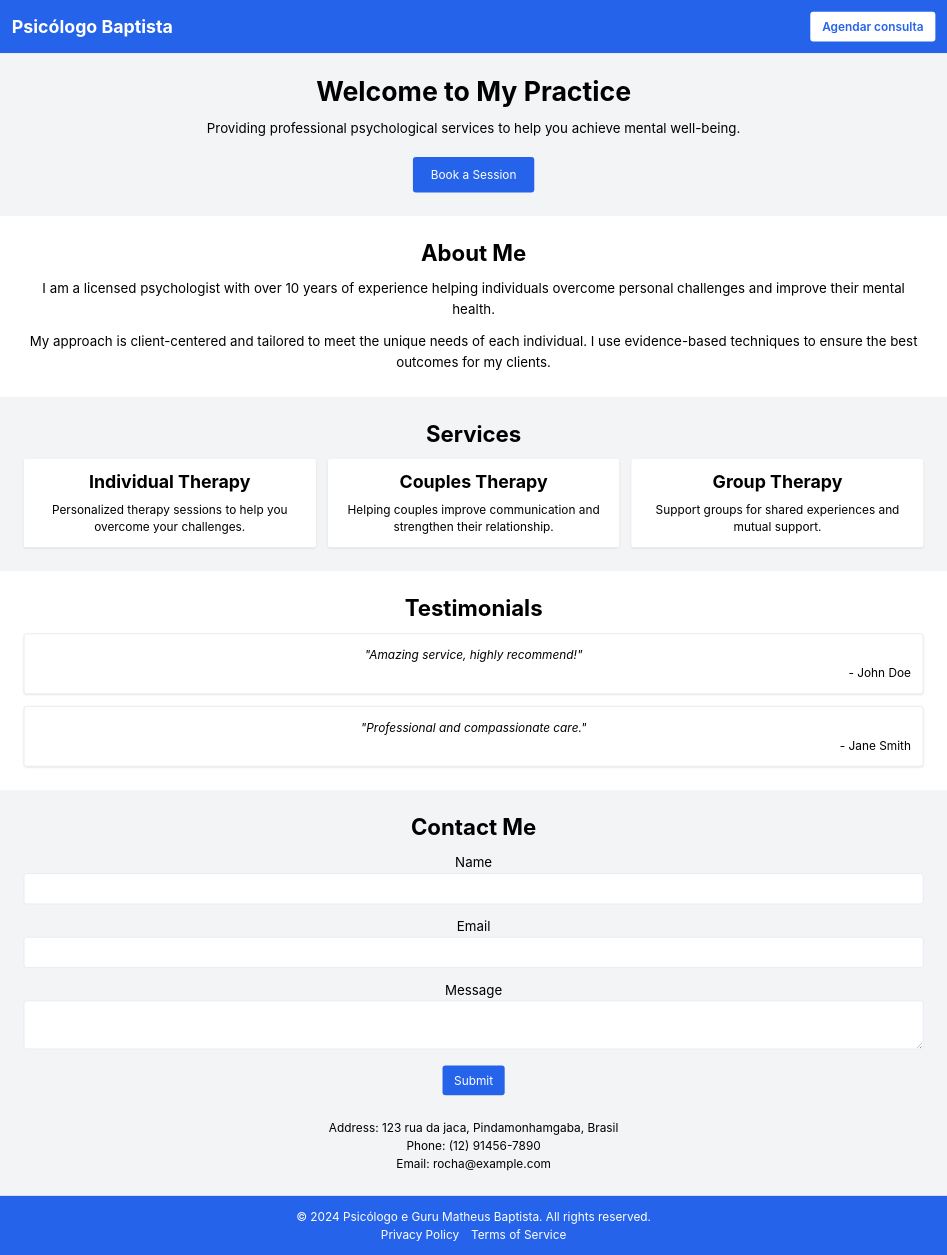
Repository: SrNascimento40/psychologist-portfolio
Page: /
An editor plug-in stored every save of this project. The page is shown before and after the next save, followed by the edit.
The browser window is 1280 px wide. The pictures show the whole page, at 74% of full size.
The project was rebuilt for these pictures with package versions that can differ from the ones it lists, and the page was loaded fresh each time. Also part of the build but not shown: vite.config.ts.

Above is the page before, as saved 2024-07-04 17:30:08.

### index.html
<!doctype html>
<html lang="en">
  <head>
    <meta charset="UTF-8" />
    <link rel="icon" type="image/svg+xml" href="/vite.svg" />
    <meta name="viewport" content="width=device-width, initial-scale=1.0" />
    <title>Psicólogo e Guru Baptista</title>
  </head>
  <body>
    <div id="root"></div>
    <script type="module" src="/src/main.tsx"></script>
  </body>
</html>

### src/App.tsx
import './App.css'
import Header from './Header'
import Hero from './Hero'
import About from './About'
import Services from './Services'
import Testimonials from './Testimonials'
import Contact from './Contact'
import Footer from './Footer'

function App() {

  return (
    <div>
      <Header />
      <main>
          <Hero />
          <About />
          <Services />
          <Testimonials />
          <Contact />
      </main>
      <Footer />
    </div>
  )
}

export default App

### src/index.css
@tailwind base;
@tailwind components;
@tailwind utilities;

:root {
  font-family: Inter, system-ui, Avenir, Helvetica, Arial, sans-serif;

  /* color-scheme: light dark;
  color: rgba(255, 255, 255, 0.87);
  background-color: #242424; */

  /* font-synthesis: none;
  text-rendering: optimizeLegibility;
  -webkit-font-smoothing: antialiased;
  -moz-osx-font-smoothing: grayscale; */
}


/* @media (prefers-color-scheme: light) {
  :root {
    color: #213547;
    background-color: #ffffff;
  }
  a:hover {
    color: #747bff;
  }
  button {
    background-color: #f9f9f9;
  }
} */

### src/App.css
#root {
  margin: 0;
  padding: 0;
  text-align: center;
}

### src/Header.tsx

import './App.css'

export default function Header() {

  return (
    <header className="bg-blue-600 text-white p-4">
      <div className="container mx-auto flex justify-between items-center">
          <div className="text-2xl font-bold">Psicólogo Baptista</div>
          <button className="bg-white font-semibold text-blue-600 px-4 py-2 rounded">Agendar consulta</button>
      </div>
    </header>
  )
}

### src/Hero.tsx
import { useState } from 'react'
import './App.css'

export default function Hero() {
  const [count, setCount] = useState(0)

  return (
    <section id="home" className="bg-gray-100 p-8 text-center">
    <h1 className="text-4xl font-bold mb-4">Welcome to My Practice</h1>
    <p className="text-lg mb-6">Providing professional psychological services to help you achieve mental well-being.</p>
    <button className="bg-blue-600 text-white px-6 py-3 rounded">Book a Session</button>
</section>  )
}

### src/About.tsx
import { useState } from 'react'
import './App.css'

export default function About() {
  const [count, setCount] = useState(0)

  return (
    <section id="about" className="bg-white p-8">
      <h2 className="text-3xl font-bold mb-4">About Me</h2>
      <p className="text-lg mb-4">
          I am a licensed psychologist with over 10 years of experience helping individuals overcome personal challenges and improve their mental health.
      </p>
      <p className="text-lg">
          My approach is client-centered and tailored to meet the unique needs of each individual. I use evidence-based techniques to ensure the best outcomes for my clients.
      </p>
    </section>
  )
}

### src/Services.tsx
import './App.css'

export default function Services() {
  const services = [
    { title: 'Individual Therapy', description: 'Personalized therapy sessions to help you overcome your challenges.' },
    { title: 'Couples Therapy', description: 'Helping couples improve communication and strengthen their relationship.' },
    { title: 'Group Therapy', description: 'Support groups for shared experiences and mutual support.' },
  ];

  return (
    <section id="services" className="bg-gray-100 p-8">
      <h2 className="text-3xl font-bold mb-4">Services</h2>
      <div className="grid grid-cols-1 md:grid-cols-3 gap-4">
          {services.map((service, index) => (
              <div key={index} className="bg-white p-4 rounded shadow">
                  <h3 className="text-2xl font-bold mb-2">{service.title}</h3>
                  <p>{service.description}</p>
              </div>
          ))}
      </div>
    </section>
  )
}

### src/Testimonials.tsx
import './App.css'

export default function Testimonials() {
  const testimonials = [
    { name: 'John Doe', quote: 'Amazing service, highly recommend!' },
    { name: 'Jane Smith', quote: 'Professional and compassionate care.' },
  ];

  return (
    <section id="testimonials" className="bg-white p-8">
        <h2 className="text-3xl font-bold mb-4">Testimonials</h2>
        <div className="space-y-4">
            {testimonials.map((testimonial, index) => (
                <div key={index} className="border p-4 rounded shadow">
                    <p className="italic">"{testimonial.quote}"</p>
                    <p className="text-right">- {testimonial.name}</p>
                </div>
            ))}
        </div>
    </section>
  )
}

### src/Contact.tsx
import './App.css'

export default function Contact() {
  return (
    <section id="contact" className="bg-gray-100 p-8">
      <h2 className="text-3xl font-bold mb-4">Contact Me</h2>
      <form className="space-y-4">
          <div>
              <label className="block text-lg">Name</label>
              <input type="text" className="w-full p-2 border rounded" />
          </div>
          <div>
              <label className="block text-lg">Email</label>
              <input type="email" className="w-full p-2 border rounded" />
          </div>
          <div>
              <label className="block text-lg">Message</label>
              <textarea className="w-full p-2 border rounded"></textarea>
          </div>
          <button type="submit" className="bg-blue-600 text-white px-4 py-2 rounded">Submit</button>
      </form>
      <div className="mt-8">
          <p>Address: 123 rua da jaca, Pindamonhamgaba, Brasil</p>
          <p>Phone: (12) 91456-7890</p>
          <p>Email: rocha@example.com</p>
      </div>
    </section>
  )
}

### src/Footer.tsx
import './App.css'

export default function Footer() {

  return (
    <footer className="bg-blue-600 text-white p-4 text-center">
        <p>&copy; 2024 Psicólogo e Guru Matheus Baptista. All rights reserved.</p>
        <div className="flex justify-center space-x-4">
            <a href="#privacy" className="hover:underline">Privacy Policy</a>
            <a href="#terms" className="hover:underline">Terms of Service</a>
        </div>
    </footer>
  )
}

Loaded but not shown: src/main.tsx (common file); tailwind.config.js (common file)

After the next save:
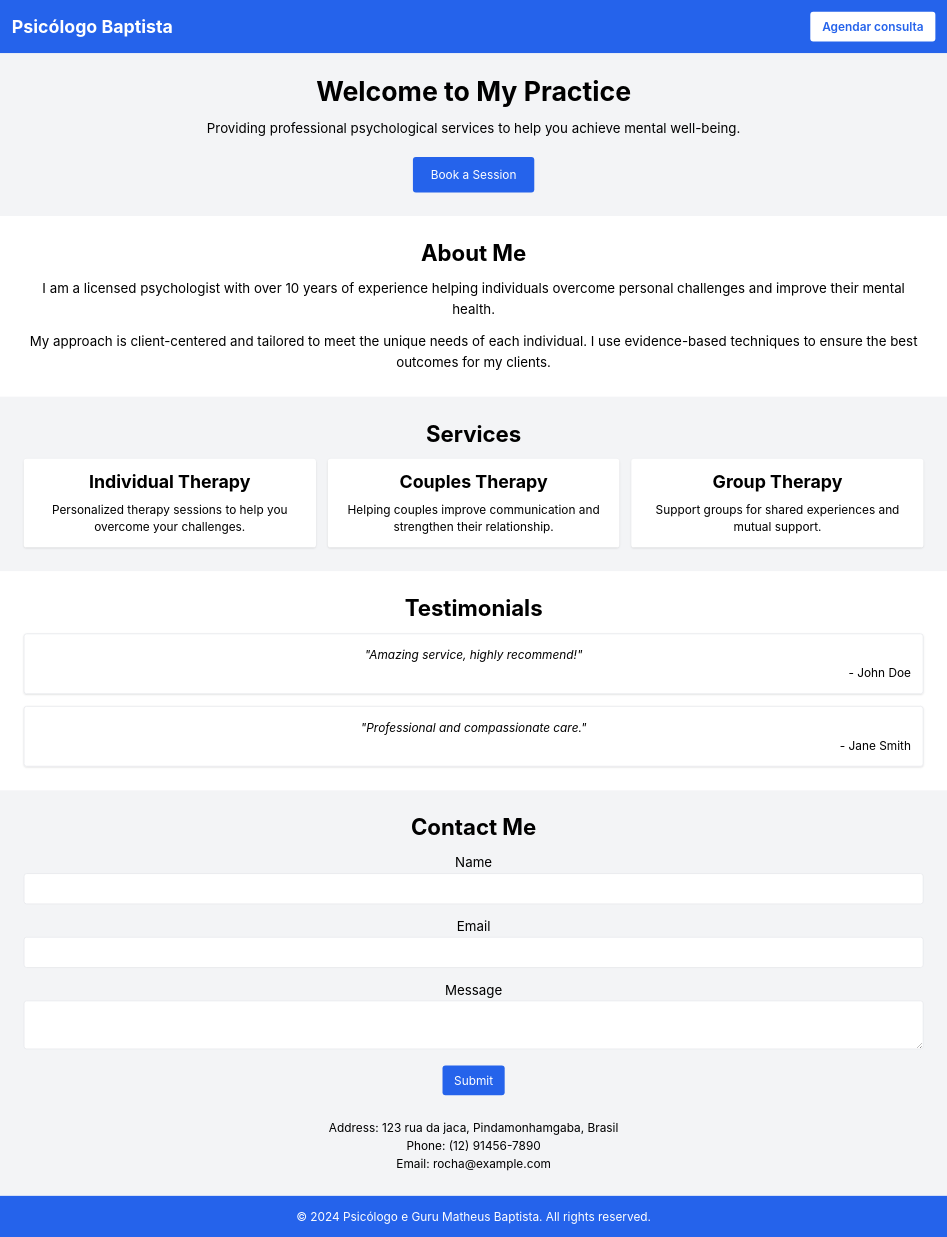
Saved 45 s later.
--- a/src/Footer.tsx
+++ b/src/Footer.tsx
@@ -5,10 +5,6 @@ export default function Footer() {
   return (
     <footer className="bg-blue-600 text-white p-4 text-center">
         <p>&copy; 2024 Psicólogo e Guru Matheus Baptista. All rights reserved.</p>
-        <div className="flex justify-center space-x-4">
-            <a href="#privacy" className="hover:underline">Privacy Policy</a>
-            <a href="#terms" className="hover:underline">Terms of Service</a>
-        </div>
     </footer>
   )
 }
